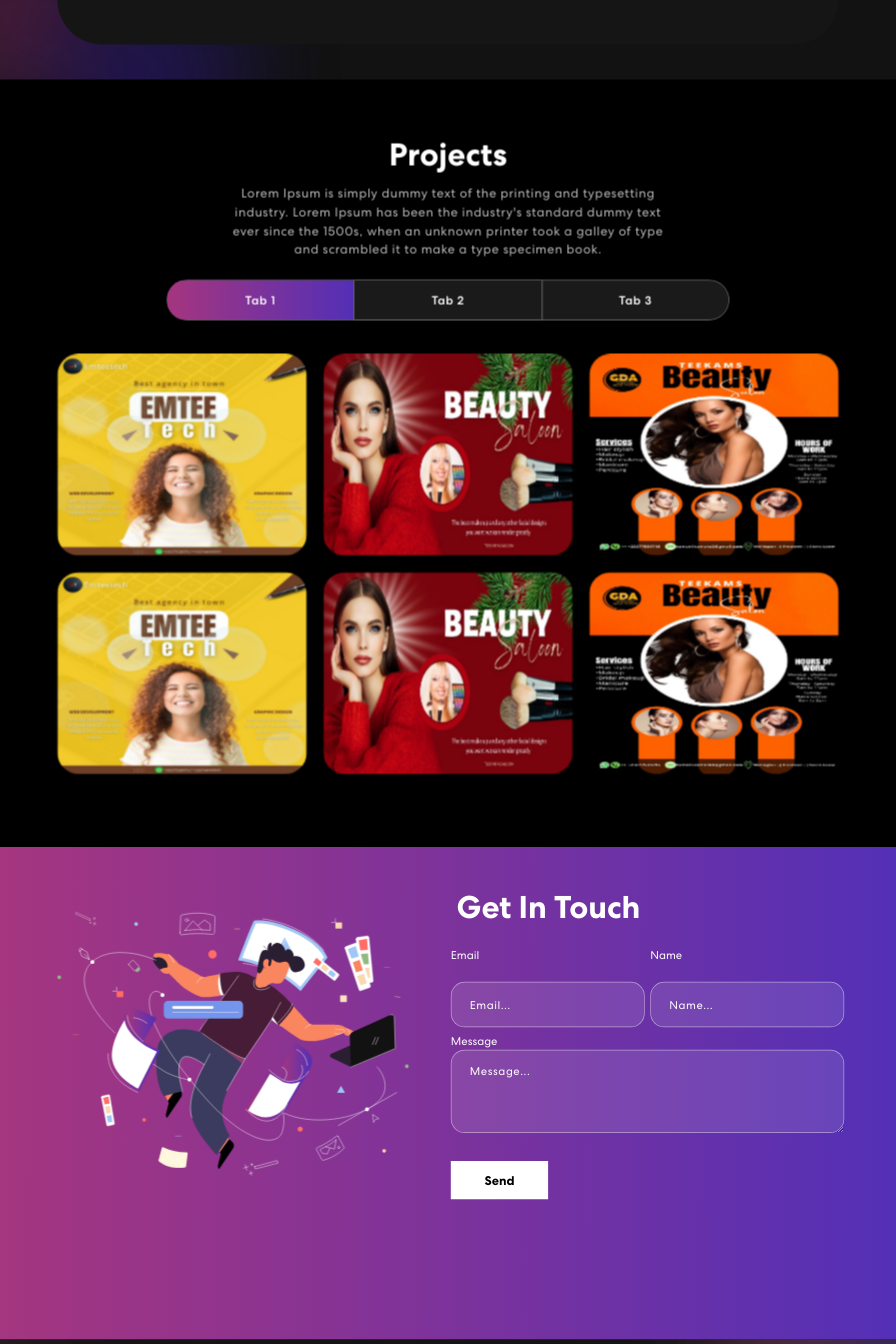
Repository: EmmanuelKeifala/emtee
Page: /
The author's editor kept a copy of each file at every save. The page is drawn from the files as they stood at one save, then again after the next save.
The browser window is 1280 px wide. The pictures show the part of the page from y = 1282 to 3202 px (the page is 3404 px tall), at 70% of full size.
The project was rebuilt for these pictures with package versions that can differ from the ones it lists, and the page was loaded fresh each time. Some packages were replaced by stand-ins written for this rebuild.

Above is the page before, as saved 2022-09-30 17:04:48.

### public/index.html
<!DOCTYPE html>
<html lang="en">
  <head>
    <meta charset="utf-8" />
    <link rel="icon" href="%PUBLIC_URL%/favicon.ico" />
    <meta name="viewport" content="width=device-width, initial-scale=1" />
    <meta name="theme-color" content="#000000" />
    <meta name="description" content="Em-Tech" />
    <link rel="apple-touch-icon" href="%PUBLIC_URL%/logo192.png" />

    <link rel="manifest" href="%PUBLIC_URL%/manifest.json" />
    <title>Em-Tech</title>
  </head>
  <body>
    <div id="root"></div>
  </body>
</html>

### src/Components/Navbar.jsx
import React, { useState, useEffect } from "react";
import { Navbar, Container, Nav } from "react-bootstrap";
import logo from "../assets/img/screen.png";
import navIcon1 from "../assets/img/nav-icon1.svg";
import navIcon2 from "../assets/img/nav-icon2.svg";
import navIcon3 from "../assets/img/nav-icon3.svg";
import Twitter from "../assets/img/twit.png";

const NavBar = () => {
  const [activeLink, setActiveLink] = useState("home");
  const [scrolled, setScrolled] = useState(false);
  useEffect(() => {
    const onScroll = () => {
      if (window.scrollY > 50) {
        setScrolled(true);
      } else {
        setScrolled(false);
      }
    };
    window.addEventListener("scroll", onScroll);

    return () => window.removeEventListener("scroll", onScroll);
  }, []);
  const onUpdateActiveLink = (value) => {
    setActiveLink(value);
  };
  return (
    <Navbar expand="md" className={scrolled ? "scrolled" : ""}>
      <Container>
        <Navbar.Brand href="/">
          <img src={logo} alt="Logo" className="lo" />
        </Navbar.Brand>
        <Navbar.Toggle aria-controls="basic-navbar-nav">
          <span className="navbar-toggler-icon"></span>
        </Navbar.Toggle>
        <Navbar.Collapse id="basic-navbar-nav">
          <Nav className="ms-auto">
            <Nav.Link
              href="#home"
              className={
                activeLink === "home" ? "active navbar-link" : "navbar-link"
              }
              onClick={() => onUpdateActiveLink("home")}
            >
              Home
            </Nav.Link>
            <Nav.Link
              href="#skills"
              className={
                activeLink === "skills" ? "active navbar-link" : "navbar-link"
              }
              onClick={() => onUpdateActiveLink("skills")}
            >
              Skills
            </Nav.Link>
            <Nav.Link
              href="#project"
              className={
                activeLink === "project" ? "active navbar-link" : "navbar-link"
              }
              onClick={() => onUpdateActiveLink("project")}
            >
              Projects
            </Nav.Link>
          </Nav>
          <span className="navbar-text">
            <div className="social-icon">
              <a href="#">
                <img src={navIcon1} alt="linkedin" />
              </a>
              <a href="#">
                <img src={navIcon2} alt="facebook" />
              </a>
              <a href="#">
                <img src={navIcon3} alt="instagram" />
              </a>
              <a href="#">
                <img src={Twitter} alt="Twitter" className="twit" />
              </a>
            </div>
            <button className="vvd">
              <span>Let’s Connect</span>
            </button>
          </span>
        </Navbar.Collapse>
      </Container>
    </Navbar>
  );
};

export default NavBar;

### src/Components/Banner.jsx
import React from "react";
import { useState, useEffect } from "react";
import { Container, Row, Col } from "react-bootstrap";
import { ArrowRightCircle } from "react-bootstrap-icons";
import headerImg from "../assets/img/header-img.svg";
import "animate.css";
import TrackVisibility from "react-on-screen";
import GoogleAd from "./GoogleAd";
const Banner = () => {
  const [loopNum, setLoopNum] = useState(0);
  const [isDeleting, setIsDeleting] = useState(false);
  const [text, setText] = useState("");
  const [delta, setDelta] = useState(300 - Math.random() * 100);
  const [index, setIndex] = useState(1);
  const toRotate = ["Web Development", "Web Design", "UI/UX Design"];
  const period = 2000;

  useEffect(() => {
    let ticker = setInterval(() => {
      tick();
    }, delta);

    return () => {
      clearInterval(ticker);
    };
  }, [text]);

  const tick = () => {
    let i = loopNum % toRotate.length;
    let fullText = toRotate[i];
    let updatedText = isDeleting
      ? fullText.substring(0, text.length - 1)
      : fullText.substring(0, text.length + 1);

    setText(updatedText);

    if (isDeleting) {
      setDelta((prevDelta) => prevDelta / 2);
    }

    if (!isDeleting && updatedText === fullText) {
      setIsDeleting(true);
      setIndex((prevIndex) => prevIndex - 1);
      setDelta(period);
    } else if (isDeleting && updatedText === "") {
      setIsDeleting(false);
      setLoopNum(loopNum + 1);
      setIndex(1);
      setDelta(500);
    } else {
      setIndex((prevIndex) => prevIndex + 1);
    }
  };

  return (
    <section className="banner" id="home">
      <Container>
        <Row className="aligh-items-center">
          <Col xs={12} md={6} xl={7}>
            <TrackVisibility>
              {({ isVisible }) => (
                <div
                  className={
                    isVisible ? "animate__animated animate__fadeIn" : ""
                  }
                >
                  <span className="tagline">
                    Welcome to our Portfolio and Hiring Page
                  </span>
                  <h1>
                    {`Hi! We are Em-Tech we do`}{" "}
                    <span
                      className="txt-rotate"
                      dataPeriod="1000"
                      data-rotate='[ "Web Developement", "Web Design", "UI/UX Design" ]'
                    >
                      <span className="wrap">{text}</span>
                    </span>
                  </h1>
                  <p>
                    Lorem Ipsum is simply dummy text of the printing and
                    typesetting industry. Lorem Ipsum has been the industry's
                    standard dummy text ever since the 1500s, when an unknown
                    printer took a galley of type and scrambled it to make a
                    type specimen book.
                  </p>
                  <button onClick={() => console.log("connect")}>
                    Let’s Connect <ArrowRightCircle size={25} />
                  </button>
                </div>
              )}
            </TrackVisibility>
          </Col>
          <Col xs={12} md={6} xl={5}>
            <TrackVisibility>
              {({ isVisible }) => (
                <div
                  className={
                    isVisible ? "animate__animated animate__zoomIn" : ""
                  }
                >
                  <img src={headerImg} alt="Header Img" />
                </div>
              )}
            </TrackVisibility>
          </Col>
        </Row>
      </Container>
      <GoogleAd slot="9876543210" googleAdId="ca-pub-2934431448539258" />
    </section>
  );
};

export default Banner;

### src/Components/Skills.jsx
import React from "react";
import meter1 from "../assets/img/meter1.svg";
import meter2 from "../assets/img/meter2.svg";
import meter3 from "../assets/img/meter3.svg";
import Carousel from "react-multi-carousel";
import "react-multi-carousel/lib/styles.css";
import arrow1 from "../assets/img/arrow1.svg";
import arrow2 from "../assets/img/arrow2.svg";
import colorSharp from "../assets/img/color-sharp.png";
const Skills = () => {
  const responsive = {
    superLargeDesktop: {
      // the naming can be any, depends on you.
      breakpoint: { max: 4000, min: 3000 },
      items: 5,
    },
    desktop: {
      breakpoint: { max: 3000, min: 1024 },
      items: 3,
    },
    tablet: {
      breakpoint: { max: 1024, min: 464 },
      items: 2,
    },
    mobile: {
      breakpoint: { max: 464, min: 0 },
      items: 1,
    },
  };
  return (
    <section className="skill" id="skills">
      <div className="container">
        <div className="row">
          <div className="col-12">
            <div className="skill-bx wow zoomIn">
              <h2>Skills</h2>
              <p>
                <br></br> Lorem Ipsum has been the industry's standard dummy
                text.
              </p>
              <Carousel
                responsive={responsive}
                infinite={true}
                className="owl-carousel owl-theme skill-slider"
              >
                <div className="item">
                  <img src={meter1} alt="Image" />
                  <h5>Graphic Design</h5>
                </div>
                <div className="item">
                  <img src={meter2} alt="Image" />
                  <h5>Brand Identity</h5>
                </div>
                <div className="item">
                  <img src={meter3} alt="Image" />
                  <h5>Logo Design</h5>
                </div>
                <div className="item">
                  <img src={meter1} alt="Image" />
                  <h5>Web Development</h5>
                </div>
              </Carousel>
            </div>
          </div>
        </div>
      </div>
      <img className="background-image-left" src={colorSharp} alt="Image" />
    </section>
  );
};

export default Skills;

### src/Components/Projects.jsx
import React from "react";
import { Container, Row, Col, Tab, Nav } from "react-bootstrap";
import { ProjectCard } from "./ProjectCard";
import projImg1 from "../assets/img/project-1.jpeg";
import projImg2 from "../assets/img/project-2.jpeg";
import projImg3 from "../assets/img/project-3.jpeg";
import projImg4 from "../assets/img/project-4.jpeg";

import colorSharp2 from "../assets/img/color-sharp2.png";
import ecommerce from "../assets/img/Ecommerce-2.jpeg";
import tiktok from "../assets/img/tiktok-clone-1.png";
import spotify from "../assets/img/spotify.webp";
import food from "../assets/img/food.png";
import chatapp from "../assets/img/chatapp.jpeg";
import amazon from "../assets/img/amazon.png";
import "animate.css";
import TrackVisibility from "react-on-screen";
const Projects = () => {
  const projects = [
    {
      title: "Business Startup",
      description: "Design & Development",
      imgUrl: projImg1,
    },
    {
      title: "Business Startup",
      description: "Design & Development",
      imgUrl: projImg2,
    },
    {
      title: "Business Startup",
      description: "Design & Development",
      imgUrl: projImg3,
    },
    {
      title: "Business Startup",
      description: "Design & Development",
      imgUrl: projImg1,
    },
    {
      title: "Business Startup",
      description: "Design & Development",
      imgUrl: projImg2,
    },
    {
      title: "Business Startup",
      description: "Design & Development",
      imgUrl: projImg3,
    },
  ];
  const web = [
    {
      title: "Ecommerce Website",
      description: "It handles order, sales etc",
      imgUrl: ecommerce,
    },
    {
      title: "A Tik Tok clone",
      description: "Design & Development",
      imgUrl: tiktok,
    },
    {
      title: "Spotify Clone",
      description: "Design & Development",
      imgUrl: spotify,
    },
    {
      title: "Food Order and Delivery",
      description: "Design & Development",
      imgUrl: food,
    },
    {
      title: "Chat App",
      description: "Design & Development",
      imgUrl: chatapp,
    },
    {
      title: "Amazon Clone",
      description: "Design & Development",
      imgUrl: amazon,
    },
  ];
  return (
    <section className="project" id="project">
      <Container>
        <Row>
          <Col size={12}>
            <TrackVisibility>
              {({ isVisible }) => (
                <div
                  className={
                    isVisible ? "animate__animated animate__fadeIn" : ""
                  }
                >
                  <h2>Projects</h2>
                  <p>
                    Lorem Ipsum is simply dummy text of the printing and
                    typesetting industry. Lorem Ipsum has been the industry's
                    standard dummy text ever since the 1500s, when an unknown
                    printer took a galley of type and scrambled it to make a
                    type specimen book.
                  </p>
                  <Tab.Container id="projects-tabs" defaultActiveKey="first">
                    <Nav
                      variant="pills"
                      className="nav-pills mb-5 justify-content-center align-items-center"
                      id="pills-tab"
                    >
                      <Nav.Item>
                        <Nav.Link eventKey="first">Tab 1</Nav.Link>
                      </Nav.Item>
                      <Nav.Item>
                        <Nav.Link eventKey="second">Tab 2</Nav.Link>
                      </Nav.Item>
                      <Nav.Item>
                        <Nav.Link eventKey="third">Tab 3</Nav.Link>
                      </Nav.Item>
                    </Nav>
                    <Tab.Content
                      id="slideInUp"
                      className={
                        isVisible ? "animate__animated animate__slideInUp" : ""
                      }
                    >
                      <Tab.Pane eventKey="first">
                        <Row>
                          {projects.map((project, index) => {
                            return <ProjectCard key={index} {...project} />;
                          })}
                        </Row>
                      </Tab.Pane>
                      <Tab.Pane eventKey="second">
                        <Row>
                          {web.map((project, index) => {
                            return <ProjectCard key={index} {...project} />;
                          })}
                        </Row>
                      </Tab.Pane>
                      <Tab.Pane eventKey="third">
                        <p>
                          Lorem ipsum dolor sit amet consectetur adipisicing
                          elit. Cumque quam, quod neque provident velit, rem
                          explicabo excepturi id illo molestiae blanditiis,
                          eligendi dicta officiis asperiores delectus quasi
                          inventore debitis quo.
                        </p>
                      </Tab.Pane>
                    </Tab.Content>
                  </Tab.Container>
                </div>
              )}
            </TrackVisibility>
          </Col>
        </Row>
      </Container>
      <img className="background-image-right" src={colorSharp2}></img>
    </section>
  );
};

export default Projects;

### src/Components/Contact.jsx
import React from "react";
import { useState } from "react";
import { Container, Row, Col } from "react-bootstrap";
import contactImg from "../assets/img/contact-img.svg";
import "animate.css";
import { Form, Input, TextArea, Button } from "semantic-ui-react";
import TrackVisibility from "react-on-screen";
import Swal from "sweetalert2";
import emailjs from "emailjs-com";
const Contact = () => {
  const formInitialDetails = {
    firstName: "",
    lastName: "",
    email: "",
    phone: "",
    message: "",
  };

  const SERVICE_ID = "service_hdc70rt";
  const TEMPLATE_ID = "template_uccb61k";
  const USER_ID = "tjSBze7Rp8m252Qv_";

  const [formDetails, setFormDetails] = useState(formInitialDetails);
  const [buttonText, setButtonText] = useState("Send");
  const [status, setStatus] = useState({});

  const onFormUpdate = (category, value) => {
    setFormDetails({
      ...formDetails,
      [category]: value,
    });
  };

  const handleOnSubmit = (e) => {
    e.preventDefault();
    emailjs.sendForm(SERVICE_ID, TEMPLATE_ID, e.target, USER_ID).then(
      (result) => {
        console.log(result.text);
        Swal.fire({
          icon: "success",
          title: "Message Sent Successfully",
        });
      },
      (error) => {
        console.log(error.text);
        Swal.fire({
          icon: "error",
          title: "Ooops, something went wrong",
          text: error.text,
        });
      }
    );
    console.log(e.target);
    e.target.reset();
  };

  return (
    <section className="contact" id="connect">
      <Container>
        <Row className="align-items-center">
          <Col size={12} md={6}>
            <TrackVisibility>
              {({ isVisible }) => (
                <img
                  className={
                    isVisible ? "animate__animated animate__zoomIn" : ""
                  }
                  src={contactImg}
                  alt="Contact Us"
                />
              )}
            </TrackVisibility>
          </Col>
          <Col size={12} md={6}>
            <TrackVisibility>
              {({ isVisible }) => (
                <div
                  className={
                    isVisible ? "animate__animated animate__fadeIn" : ""
                  }
                >
                  <h2>Get In Touch</h2>
                  <form onSubmit={handleOnSubmit}>
                    <Row>
                      <Col size={12} sm={6} className="px-1">
                        <Form.Field
                          id="form-input-control-email"
                          control={Input}
                          label="Email"
                          name="user_email"
                          placeholder="Email…"
                          required
                          icon="mail"
                          iconPosition="left"
                        />
                      </Col>
                      <Col size={12} sm={6} className="px-1">
                        <Form.Field
                          id="form-input-control-last-name"
                          control={Input}
                          label="Name"
                          name="user_name"
                          placeholder="Name…"
                          required
                          icon="user circle"
                          iconPosition="left"
                        />
                      </Col>
                      <Col size={12} className="px-1">
                        <Form.Field
                          id="form-textarea-control-opinion"
                          control={TextArea}
                          label="Message"
                          name="user_message"
                          placeholder="Message..."
                          required
                        />
                        <button type="submit">
                          <span>{buttonText}</span>
                        </button>
                      </Col>
                      {status.message && (
                        <Col>
                          <p
                            className={
                              status.success === false ? "danger" : "success"
                            }
                          >
                            {status.message}
                          </p>
                        </Col>
                      )}
                    </Row>
                  </form>
                </div>
              )}
            </TrackVisibility>
          </Col>
        </Row>
      </Container>
    </section>
  );
};

export default Contact;

### src/Components/Footer.jsx
import React from "react";
import { Container, Row, Col } from "react-bootstrap";
import logo from "../assets/img/logo.svg";
import navIcon1 from "../assets/img/nav-icon1.svg";
import navIcon2 from "../assets/img/nav-icon2.svg";
import navIcon3 from "../assets/img/nav-icon3.svg";

const Footer = () => {
  return (
    <footer className="footer">
      <Container>
        <Row className="align-items-center">
          <Col size={12} sm={6}>
            <img src={logo} alt="Logo" />
          </Col>
          <Col size={12} sm={6} className="text-center text-sm-end">
            <div className="social-icon">
              <a href="#" className="icon">
                <img src={navIcon1} alt="Icon" className="icon-1" />
              </a>
              <a href="#" className="icon">
                <img src={navIcon2} alt="Icon" className="icon-1" />
              </a>
              <a href="#" className="icon">
                <img src={navIcon3} alt="Icon" className="icon-1" />
              </a>
            </div>
            <p>Copyright 2022. All Rights Reserved</p>
            <p>Develped by Em-Tech</p>
          </Col>
        </Row>
      </Container>
    </footer>
  );
};

export default Footer;

### src/Components/GoogleAd.jsx
import React, { Component } from "react";
import PropTypes from "prop-types";

class GoogleAd extends Component {
  googleInit = null;

  componentDidMount() {
    const { timeout } = this.props;
    this.googleInit = setTimeout(() => {
      if (typeof window !== "undefined")
        (window.adsbygoogle = window.adsbygoogle || []).push({});
    }, timeout);
  }

  componentWillUnmount() {
    if (this.googleInit) clearTimeout(this.googleInit);
  }

  render() {
    const { classNames, slot, googleAdId, style, format } = this.props;
    return (
      <div className={classNames}>
        <ins
          className="adsbygoogle"
          style={style || { display: "block", textAlign: "center" }}
          data-ad-client={googleAdId}
          data-ad-slot={slot}
          data-ad-format={format || "auto"}
          data-full-width-responsive="true"
        ></ins>
      </div>
    );
  }
}
GoogleAd.propTypes = {
  classNames: PropTypes.string,
  slot: PropTypes.string,
  timeout: PropTypes.number,
  googleAdId: PropTypes.string,
};
GoogleAd.defaultProps = {
  classNames: "",
  timeout: 200,
};
export default GoogleAd;

### src/Components/ProjectCard.jsx
import { Col } from "react-bootstrap";

export const ProjectCard = ({ title, description, imgUrl }) => {
  return (
    <Col size={12} sm={6} md={4}>
      <div className="proj-imgbx">
        <img src={imgUrl} className="prop-image" />
        <div className="proj-txtx">
          <h4>{title}</h4>
          <span>{description}</span>
        </div>
      </div>
    </Col>
  );
};

Loaded but not shown: src/index.css (common file); src/reportWebVitals.js (common file); src/App.js (23 lines, source omitted); src/index.js (16 lines, source omitted); src/App.css (733 lines, source omitted)

After the next save:
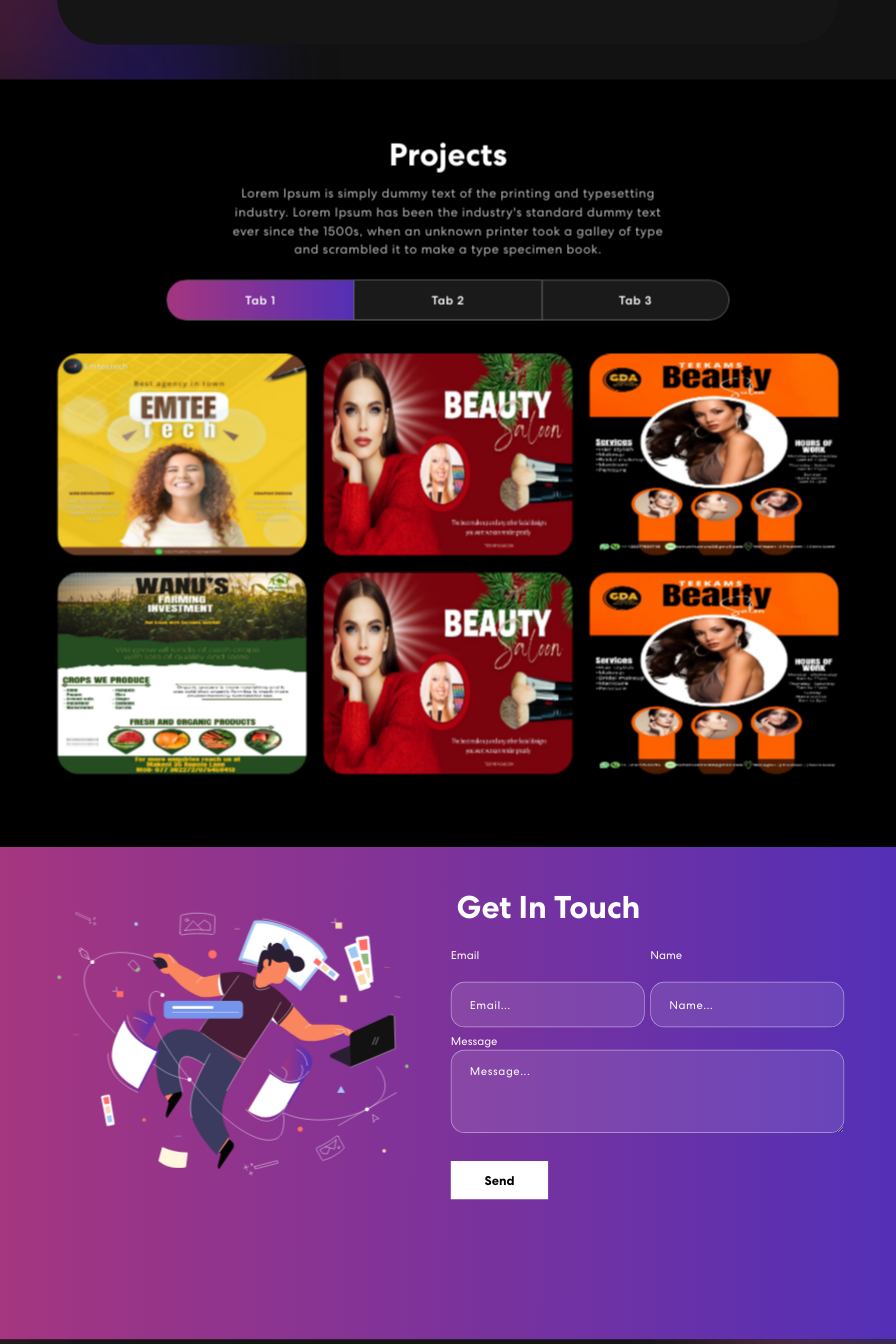
Saved 9 s later.
--- a/src/Components/Projects.jsx
+++ b/src/Components/Projects.jsx
@@ -35,7 +35,7 @@ const Projects = () => {
     {
       title: "Business Startup",
       description: "Design & Development",
-      imgUrl: projImg1,
+      imgUrl: projImg4,
     },
     {
       title: "Business Startup",
